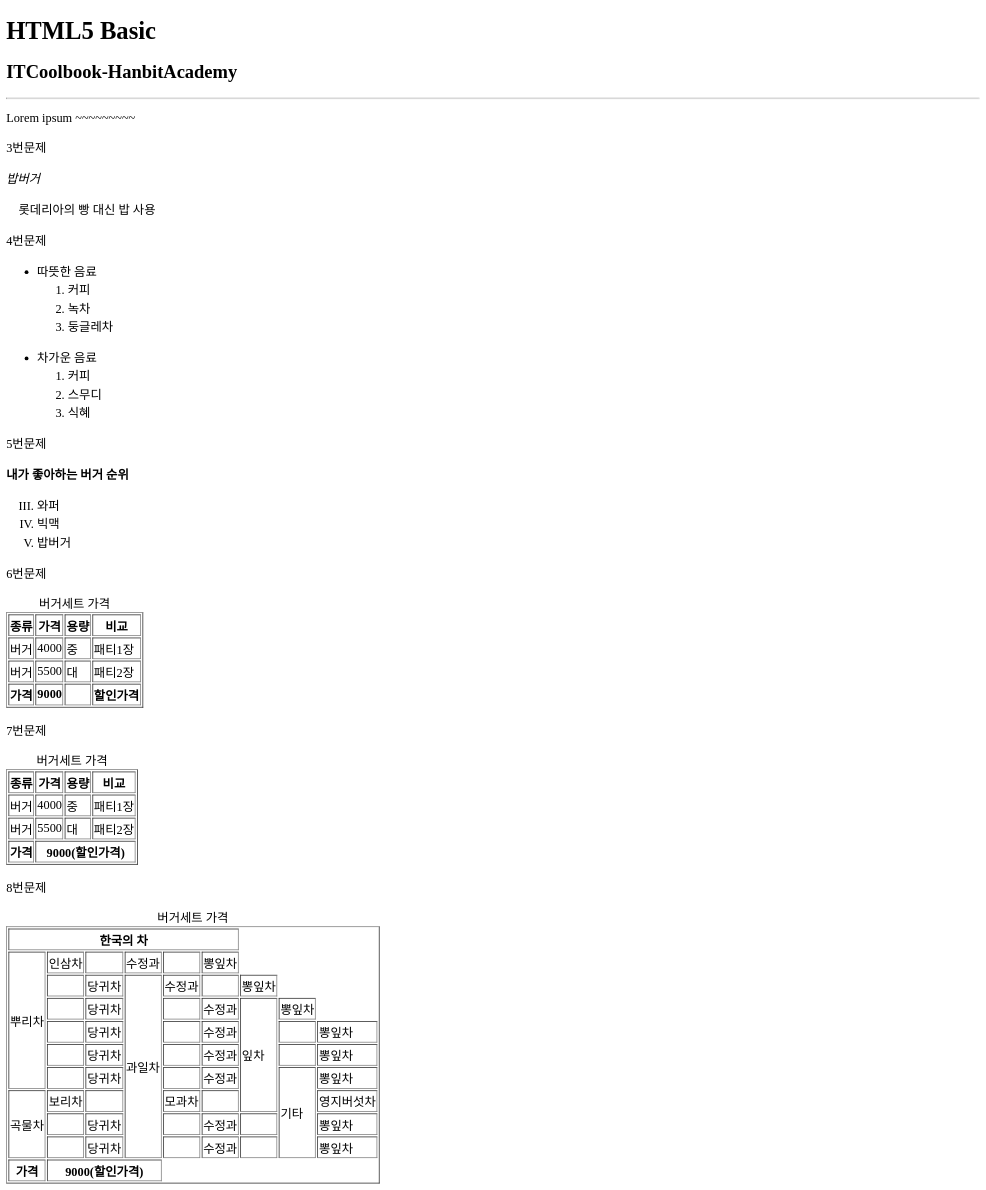
Repository: Johyerim06/Class_internetProgramming
Page: class01/dd/연습문제.html
The author's editor kept a copy of each file at every save. The page is drawn from the files as they stood at one save, then again after the next save.
The browser window is 1280 px wide. The pictures show the whole page, at 77% of full size.

Above is the page before, as saved 2025-03-13 12:47:36.

After the next save:
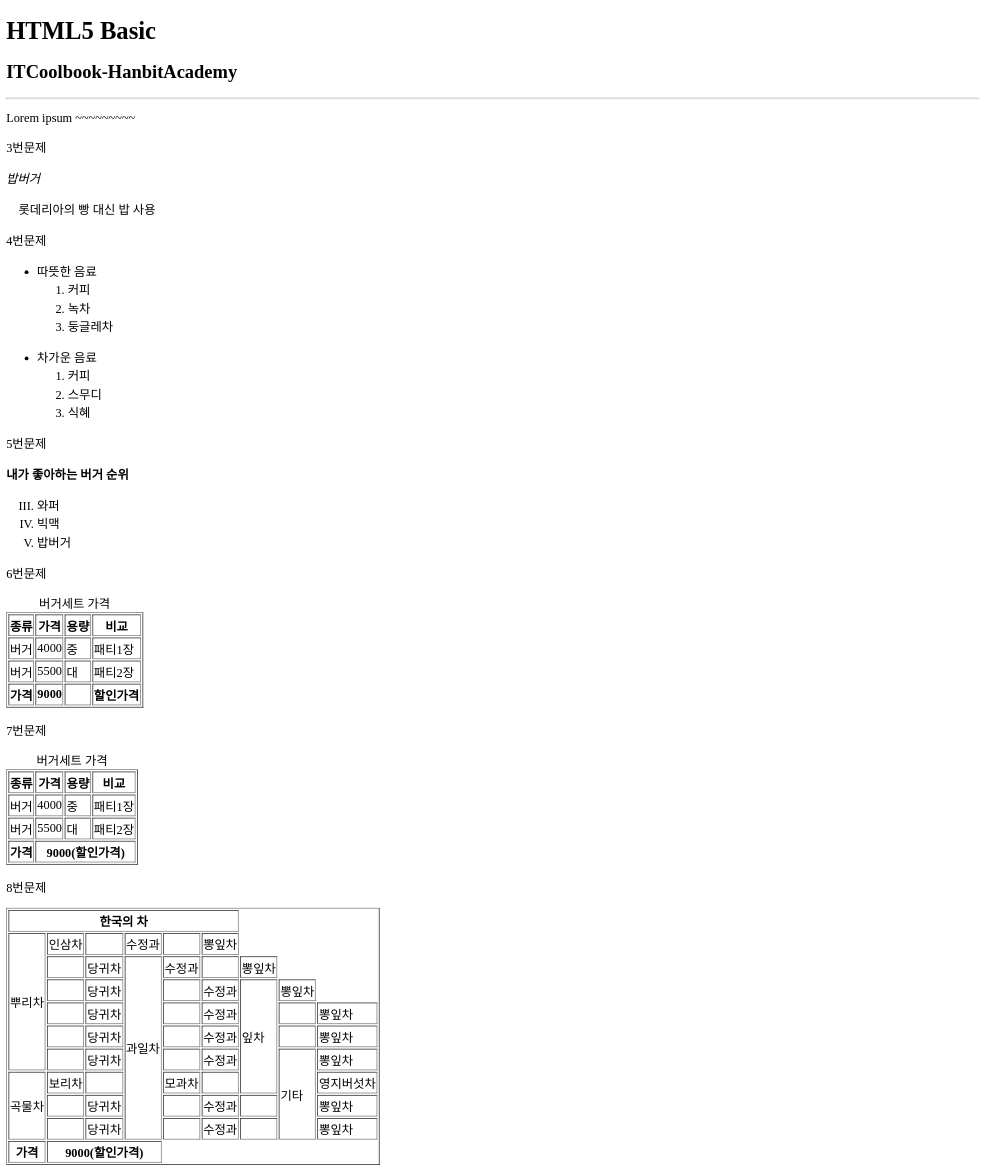
Saved 27 s later.
--- a/class01/dd/연습문제.html
+++ b/class01/dd/연습문제.html
@@ -121,8 +121,6 @@
 <p>8번문제</p>
 
 	<table border="1">
-		<caption>버거세트 가격</caption>
-		<!-- 테이블 제목 -->
 		<thead>
 			<!-- 테이블 가장 상위 행, 컬럼명 -->
 			<tr>
